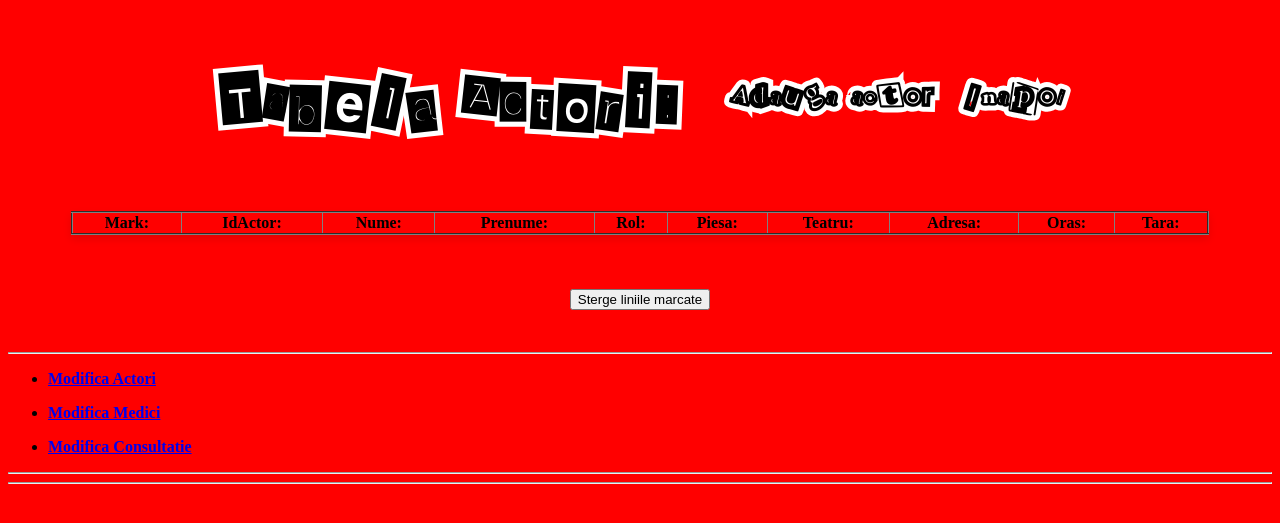
Repository: SusStefan/ActorDB
Page: http://localhost/Actori/tabela_actori.jsp
The author's editor kept a copy of each file at every save. The page is drawn from the files as they stood at one save, then again after the next save.
The browser window is 1280 px wide. The pictures show the whole page.
The page is served by Tomcat 9. Queries for data that is not in the repository find no rows.

Above is the page before, as saved 2025-12-12 23:32:01.
Console error: TypeError: Cannot set properties of null (setting 'innerHTML')

After the next save:
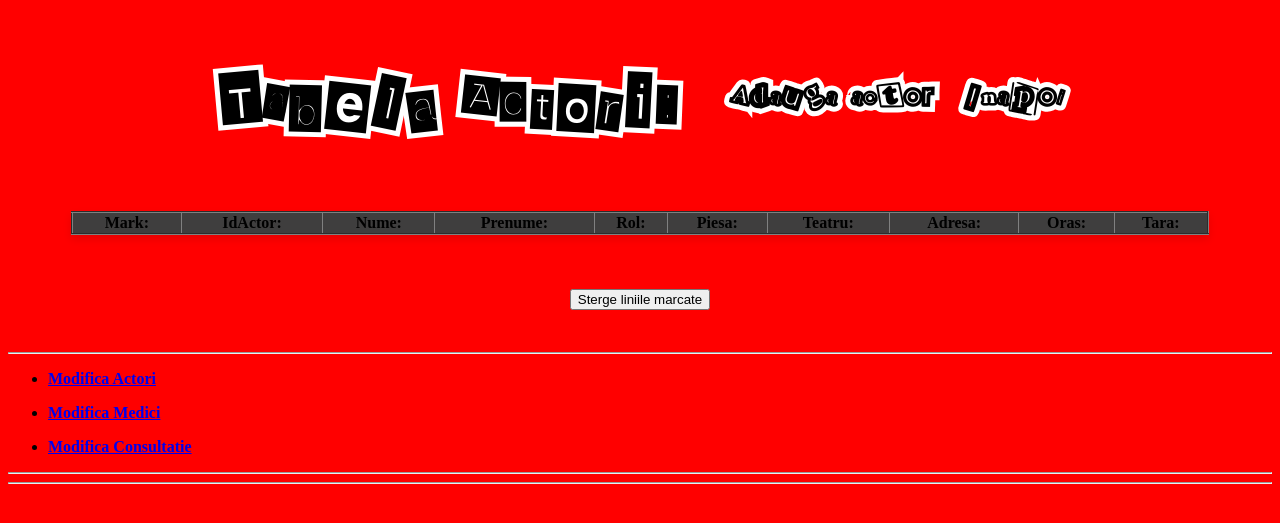
Saved 27 s later.
--- a/Actori/src/main/webapp/tabela_actori.jsp
+++ b/Actori/src/main/webapp/tabela_actori.jsp
@@ -167,6 +167,10 @@ text-align:center;
  table tbody tr:nth-of-type(even) {
   background-color: #656261;
 }
+ table tbody tr:nth-of-type(odd) {
+  background-color: #3f3e3e;
+}
+
 
  .sway-text {
   display: inline-block; /* Required for transform to work on text spans */
